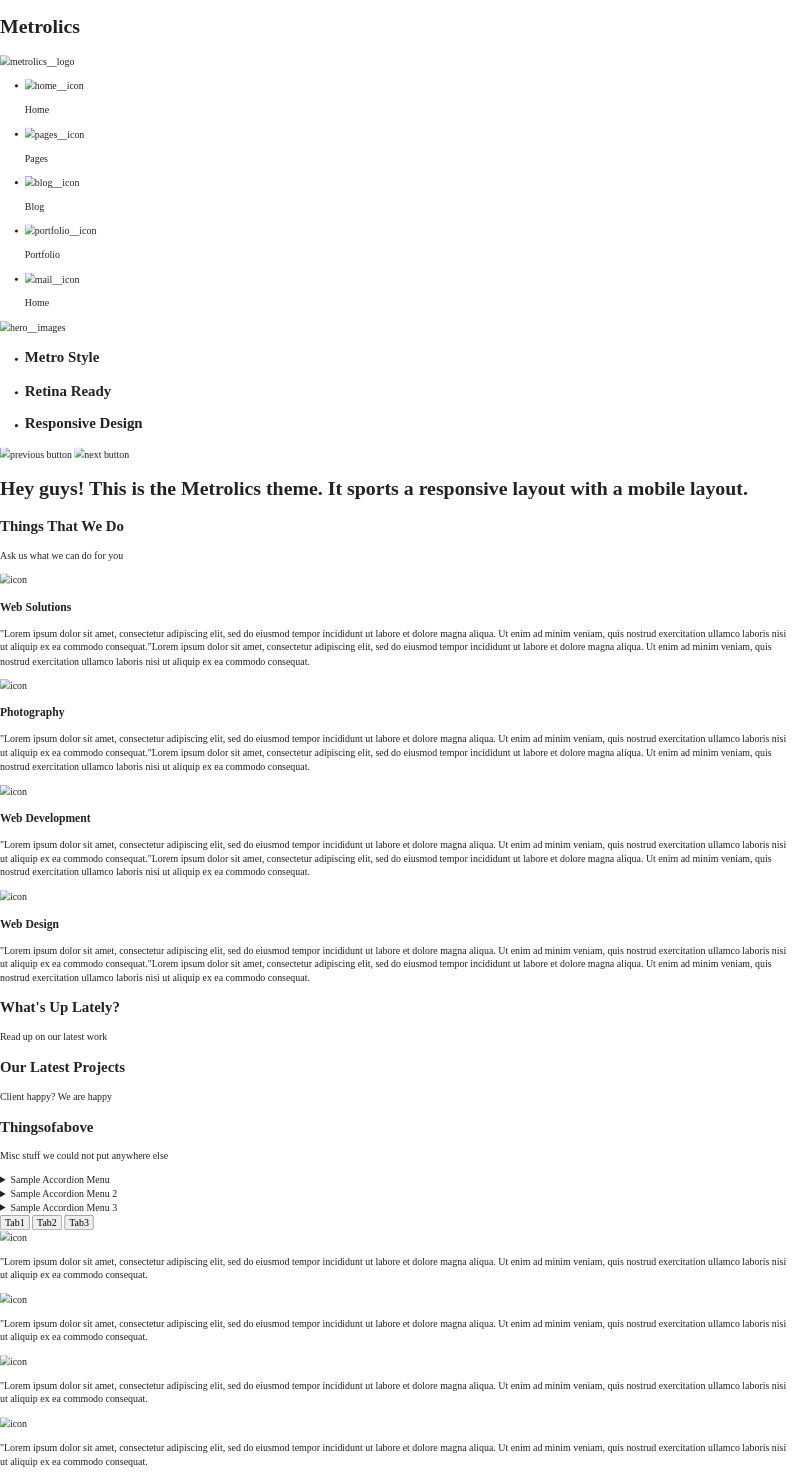
Repository: eilidhma/metrolics
Page: index.html
An editor plug-in stored every save of this project. The page is shown before and after a run of saves, followed by the edit.
The browser window is 1280 px wide. The pictures show the whole page, at 62% of full size.

Above is the page before, as saved 2021-01-27 00:04:07.

After the next 2 saves:
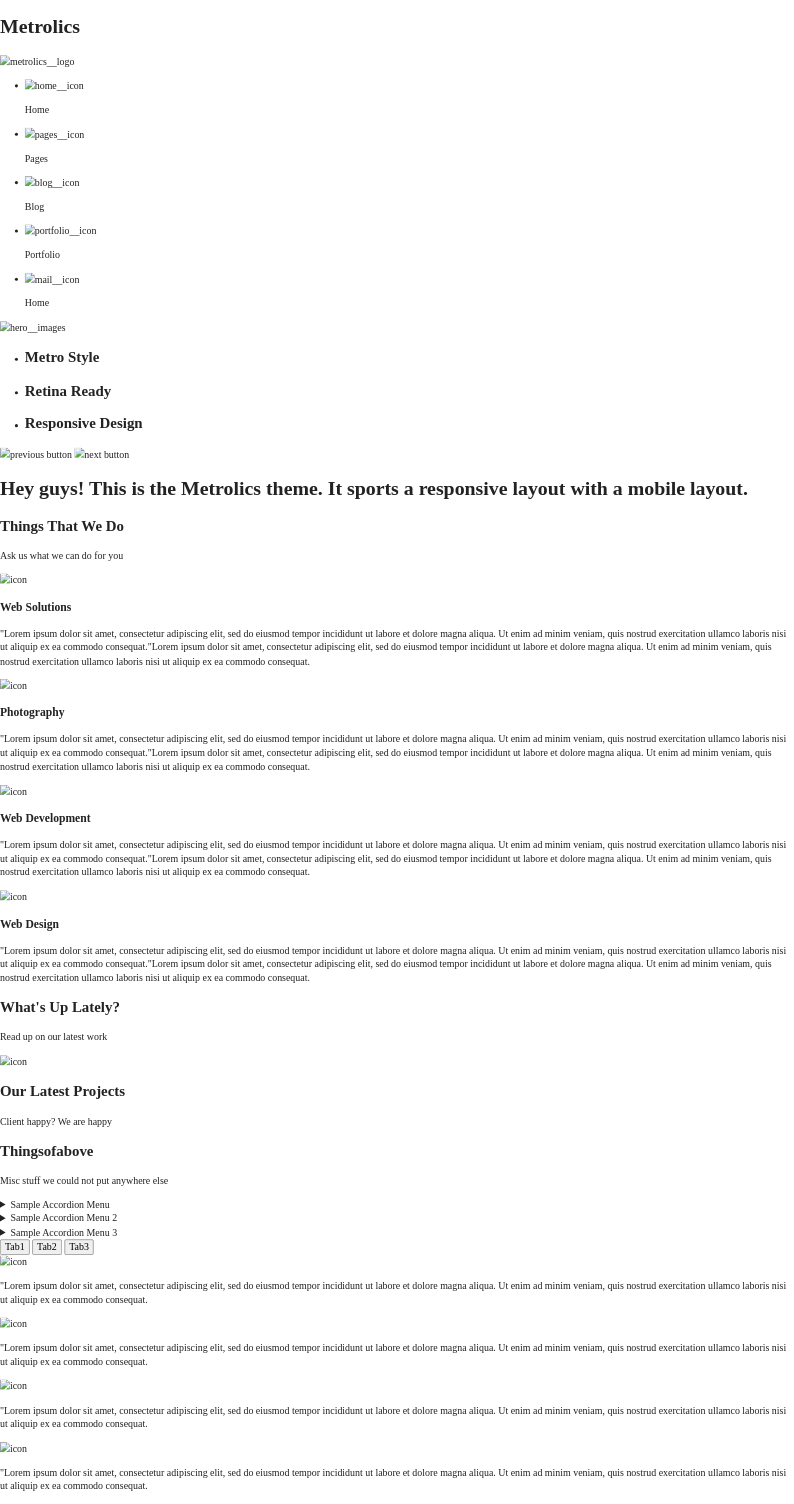
The 2 saves are shown as one change because they came seconds apart.
The last was saved 7 s later.
--- a/index.html
+++ b/index.html
@@ -113,7 +113,7 @@
 
     <section class="main__content__three__columns">
       <div class="three__column__item">
-
+        <img src="" alt="icon">
       </div>
       <div class="three__column__item"></div>
       <div class="three__column__item"></div>
